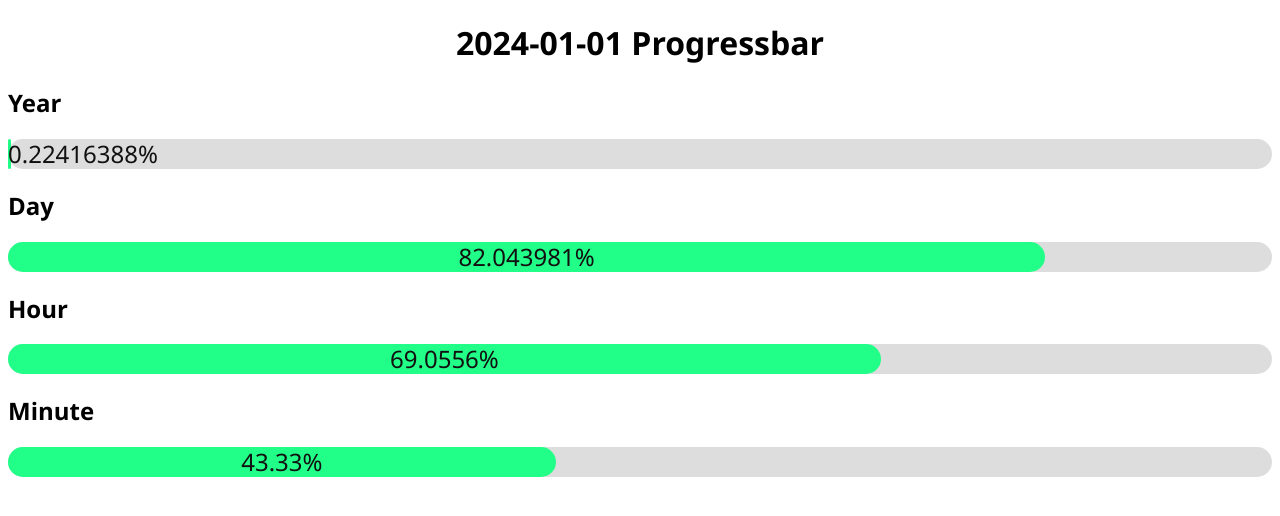
Repository: end888160/end888160.github.io
Page: progress_clock.html
An editor plug-in stored every save of this project. The page is shown before and after the next save, followed by the edit.
The browser window is 1280 px wide. The pictures show the whole page.

Above is the page before, as saved 2024-09-22 14:06:28.

After the next save:
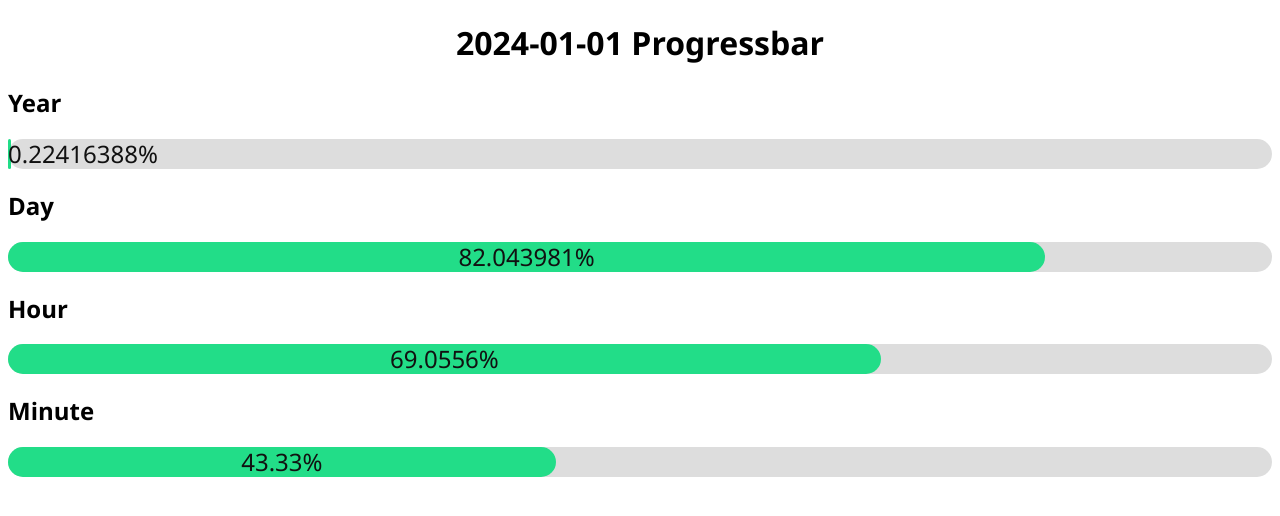
Saved 55 s later.
--- a/progress_clock.html
+++ b/progress_clock.html
@@ -13,7 +13,7 @@
 .countDownBar {
 	width: 10%;
 	height: 30px;
-	background-color: #2f8;
+	background-color: #2d8;
 	text-align: center;
 	line-height: 30px;
 	color: #111;
